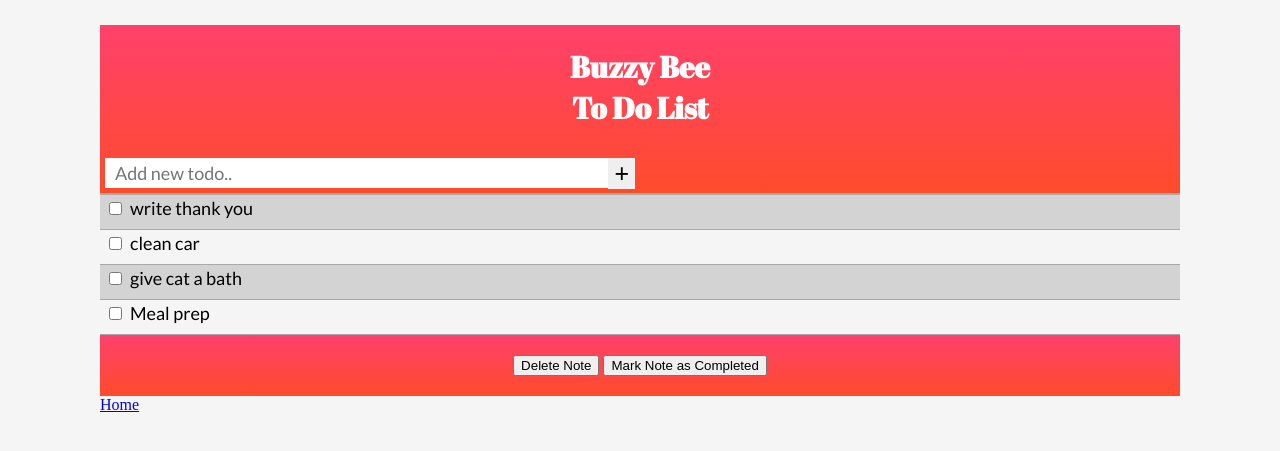
Repository: seleniadelgado/backend-spring2020-angie
Page: projects/todo/public_html/index.html
An editor plug-in stored every save of this project. The page is shown before and after the next save, followed by the edit.
The browser window is 1280 px wide. The pictures show the whole page.
The page's requests for data from a server got no answer.

Above is the page before, as saved 2020-05-13 16:32:52.

After the next save:
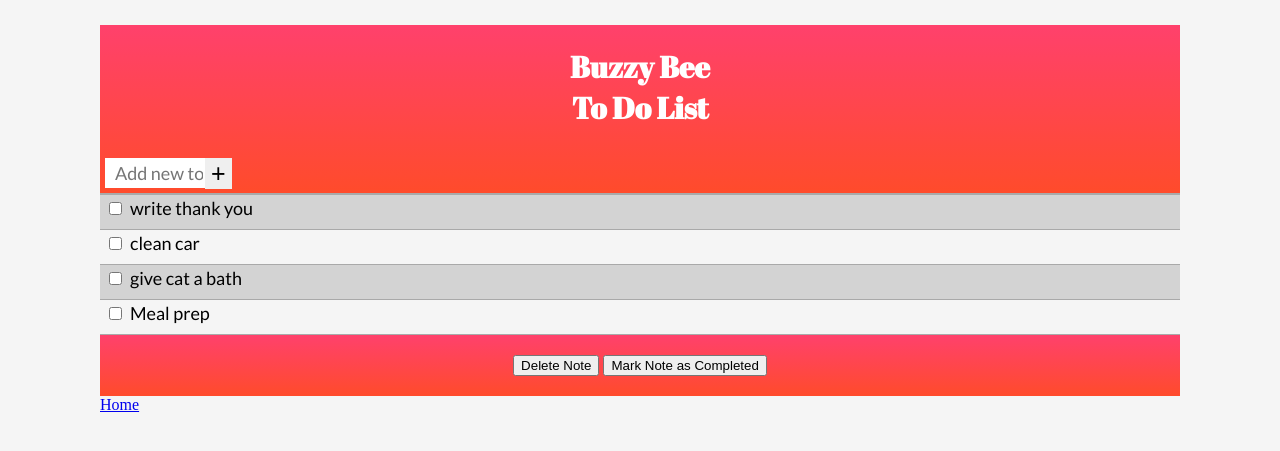
Saved 10 s later.
--- a/projects/todo/public_html/styles.css
+++ b/projects/todo/public_html/styles.css
@@ -52,7 +52,7 @@ body {
 }
 #newNote {
     border: none;
-    width: 1000%;
+    width: 100px;
     height: 150%;
     font-size: 24px;
     font-family: var(--list-font);

After the save that followed:
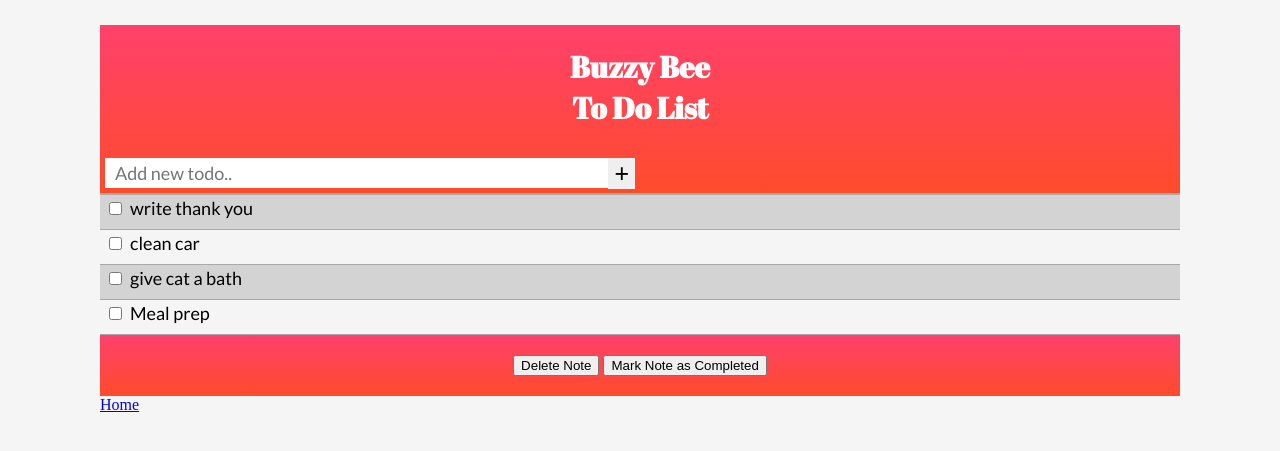
Saved 5 s later.
--- a/projects/todo/public_html/styles.css
+++ b/projects/todo/public_html/styles.css
@@ -52,7 +52,7 @@ body {
 }
 #newNote {
     border: none;
-    width: 100px;
+    width: 1000px;
     height: 150%;
     font-size: 24px;
     font-family: var(--list-font);
